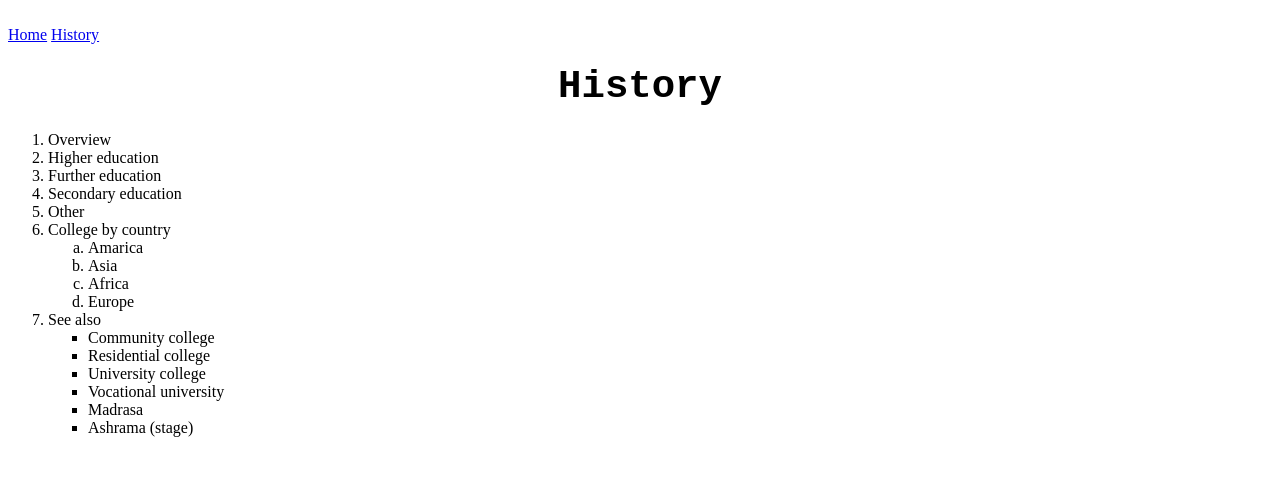
Repository: Haakim19/WebDevelopment
Page: Assignment/history.html
The author's editor kept a copy of each file at every save. The page is drawn from the files as they stood at one save, then again after the next save.
The browser window is 1280 px wide. The pictures show the whole page.

Above is the page before, as saved 2024-10-10 15:32:37.

After the next save:
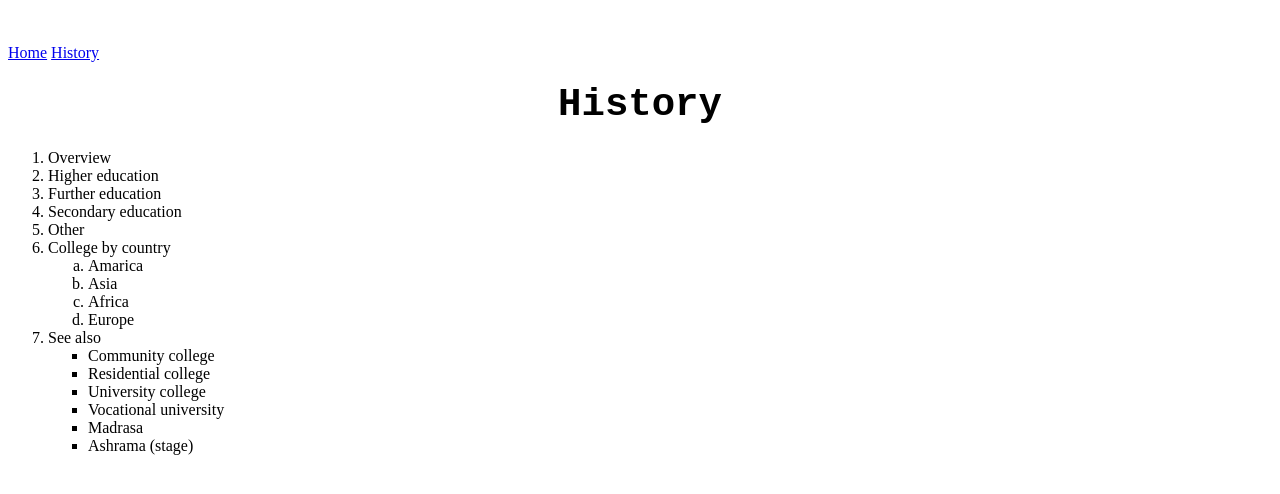
Saved 16 s later.
--- a/Assignment/history.html
+++ b/Assignment/history.html
@@ -6,7 +6,7 @@
     <title>History</title>
 </head>
 <body>
-    <br>
+    <br><br>
     <a href="Index.html">Home</a>
     <a href="history.html">History</a>
     <center>
